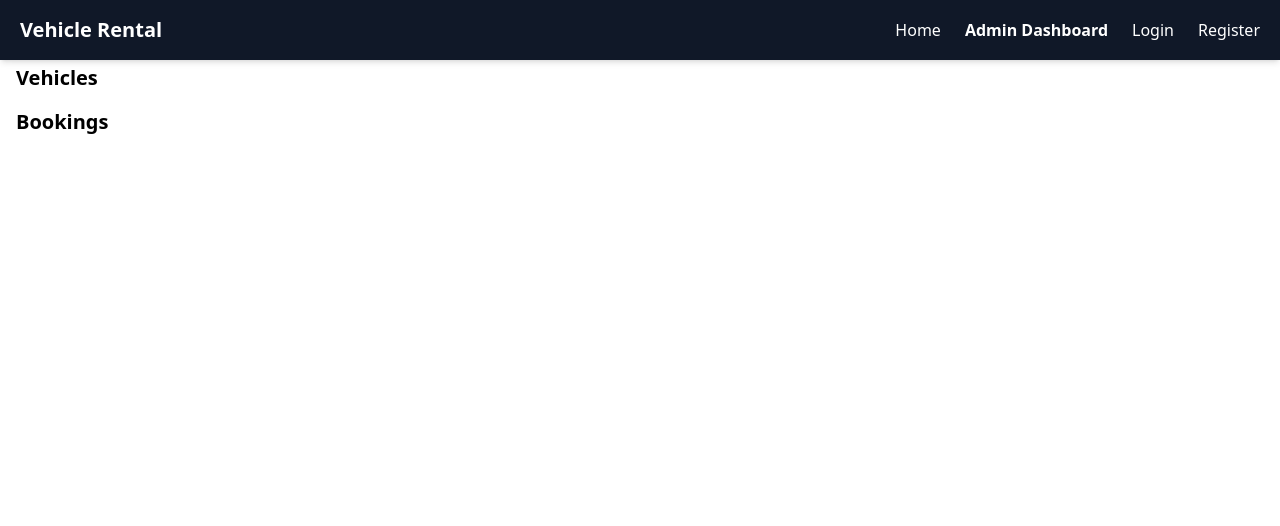
Repository: Sugan-g/vehicle-rental-system
Page: /admin (app in frontend/)
An editor plug-in stored every save of this project. The page is shown before and after the next save, followed by the edit.
The browser window is 1280 px wide. The pictures show the whole page.
The page's requests for data from a server got no answer. The project was rebuilt for these pictures with package versions that can differ from the ones it lists, and the page was loaded fresh each time. No one was signed in, and anything a server would have sent is missing. Also part of the build but not shown: frontend/vite.config.js, frontend/src/components/VehicleCard.jsx, frontend/src/pages/HomePage.jsx, frontend/src/components/BookingForm.jsx, frontend/src/components/ReviewForm.jsx, frontend/src/pages/VehiclePage.jsx, frontend/src/pages/LoginPage.jsx, frontend/src/pages/RegisterPage.jsx and 1 more.

Above is the page before, as saved 2025-10-26 20:17:47.

After the next save:
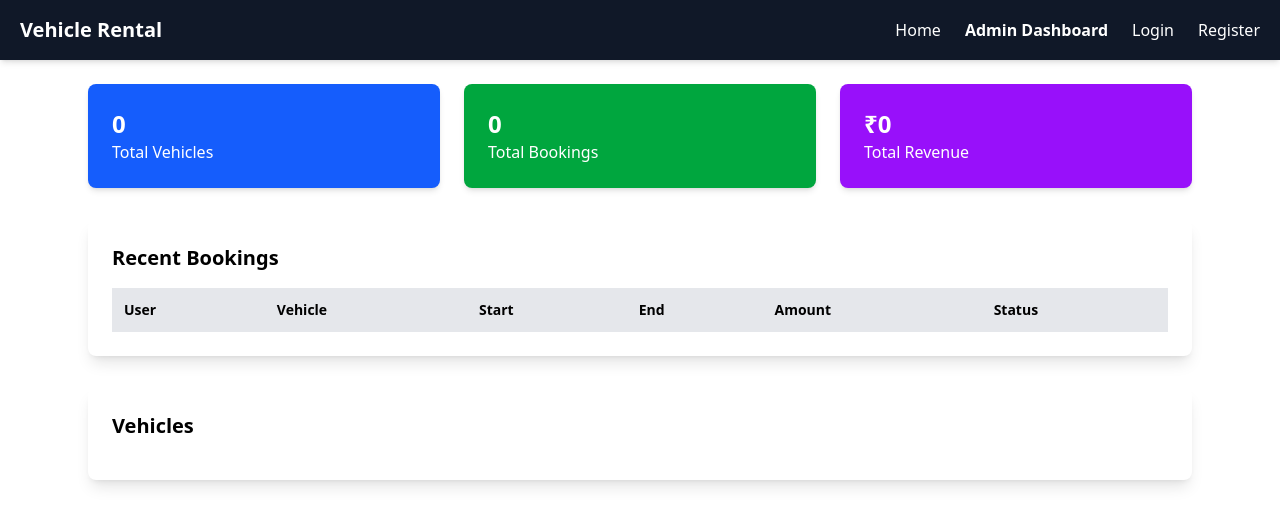
Saved 33 min 40 s later.
--- a/frontend/src/components/AdminDashboard.jsx
+++ b/frontend/src/components/AdminDashboard.jsx
@@ -4,35 +4,109 @@ import API from "../api/api.js";
 export default function AdminDashboard() {
     const [vehicles, setVehicles] = useState([]);
     const [bookings, setBookings] = useState([]);
+    const [loading, setLoading] = useState(true);
 
     useEffect(() => {
-        fetchVehicles();
-        fetchBookings();
+        Promise.all([fetchVehicles(), fetchBookings()]);
     }, []);
 
     const fetchVehicles = async () => {
-        const res = await API.get("/vehicles");
-        setVehicles(res.data);
+        try {
+            const res = await API.get("/vehicles");
+            setVehicles(res.data);
+        } catch {
+            console.error("Error fetching vehicles");
+        }
     };
 
     const fetchBookings = async () => {
-        const res = await API.get("/bookings");
-        setBookings(res.data);
+        try {
+            const res = await API.get("/bookings");
+            setBookings(res.data);
+        } catch {
+            console.error("Error fetching bookings");
+        } finally {
+            setLoading(false);
+        }
     };
 
+    if (loading) return <div className="text-center py-10 text-gray-600">Loading...</div>;
+
+    const totalRevenue = bookings.reduce((sum, b) => sum + (b.amount || 0), 0);
+    const pending = bookings.filter(b => b.paymentStatus === "Pending").length;
+    const completed = bookings.filter(b => b.paymentStatus === "Paid").length;
+
     return (
-        <div className="p-4">
-            <h2 className="text-2xl font-bold mb-4">Admin Dashboard</h2>
+        <div className="p-6 max-w-6xl mx-auto">
+            <h2 className="text-3xl font-bold mb-6 text-gray-900">Admin Dashboard</h2>
 
-            <h3 className="text-xl font-bold mt-4">Vehicles</h3>
-            <ul>
-                {vehicles.map(v => <li key={v._id}>{v.make} {v.model} - ₹{v.pricePerDay}/day</li>)}
-            </ul>
+            {/* Stats Section */}
+            <div className="grid grid-cols-1 md:grid-cols-3 gap-6 mb-8">
+                <div className="bg-blue-600 text-white p-6 rounded-lg shadow-md">
+                    <h4 className="text-2xl font-bold">{vehicles.length}</h4>
+                    <p>Total Vehicles</p>
+                </div>
 
-            <h3 className="text-xl font-bold mt-4">Bookings</h3>
-            <ul>
-                {bookings.map(b => <li key={b._id}>{b.user.name} booked {b.vehicle.make} {b.vehicle.model} from {new Date(b.startDate).toDateString()} to {new Date(b.endDate).toDateString()}</li>)}
-            </ul>
+                <div className="bg-green-600 text-white p-6 rounded-lg shadow-md">
+                    <h4 className="text-2xl font-bold">{bookings.length}</h4>
+                    <p>Total Bookings</p>
+                </div>
+
+                <div className="bg-purple-600 text-white p-6 rounded-lg shadow-md">
+                    <h4 className="text-2xl font-bold">₹{totalRevenue}</h4>
+                    <p>Total Revenue</p>
+                </div>
+            </div>
+
+            {/* Bookings Table */}
+            <div className="bg-white rounded-lg shadow-lg p-6 mb-8 overflow-x-auto">
+                <h3 className="text-xl font-semibold mb-4">Recent Bookings</h3>
+                <table className="w-full text-sm border-collapse">
+                    <thead className="bg-gray-200 text-left">
+                        <tr>
+                            <th className="p-3">User</th>
+                            <th className="p-3">Vehicle</th>
+                            <th className="p-3">Start</th>
+                            <th className="p-3">End</th>
+                            <th className="p-3">Amount</th>
+                            <th className="p-3">Status</th>
+                        </tr>
+                    </thead>
+                    <tbody>
+                        {bookings.map(b => (
+                            <tr key={b._id} className="border-b">
+                                <td className="p-3">{b?.user?.name || "Unknown"}</td>
+                                <td className="p-3">{b?.vehicle?.make} {b?.vehicle?.model}</td>
+                                <td className="p-3">{new Date(b.startDate).toLocaleDateString()}</td>
+                                <td className="p-3">{new Date(b.endDate).toLocaleDateString()}</td>
+                                <td className="p-3">₹{b.amount}</td>
+                                <td className={`p-3 font-semibold ${
+                                    b.paymentStatus === "Paid" ? "text-green-600" : "text-red-500"
+                                }`}>
+                                    {b.paymentStatus}
+                                </td>
+                            </tr>
+                        ))}
+                    </tbody>
+                </table>
+            </div>
+
+            {/* Vehicles Table */}
+            <div className="bg-white rounded-lg shadow-lg p-6">
+                <h3 className="text-xl font-semibold mb-4">Vehicles</h3>
+                <ul className="space-y-3">
+                    {vehicles.map(v => (
+                        <li key={v._id} className="border p-3 rounded-md flex justify-between items-center">
+                            <div>
+                                <span className="font-semibold">{v.make} {v.model}</span> - ₹{v.pricePerDay}/day
+                            </div>
+                            <button className="bg-yellow-500 text-white px-4 py-1 rounded hover:bg-yellow-600">
+                                Manage
+                            </button>
+                        </li>
+                    ))}
+                </ul>
+            </div>
         </div>
     );
 }
